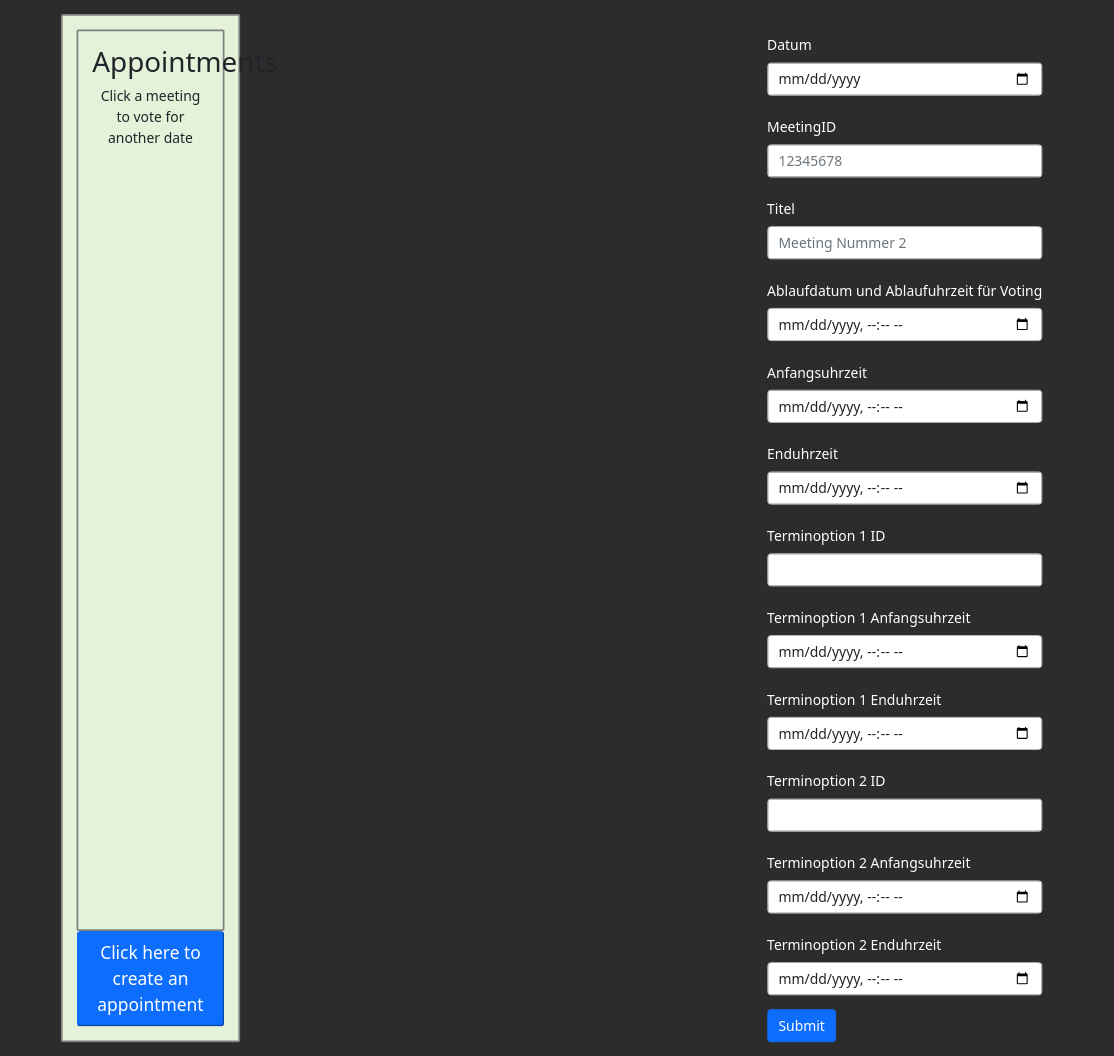
Repository: wlichon/Semesterprojekt
Page: index.html
An editor plug-in stored every save of this project. The page is shown before and after the next save, followed by the edit.
The browser window is 1280 px wide. The pictures show the whole page, at 87% of full size.
The page's requests for data from a server got no answer. Some web libraries are served in a nearby version.

Above is the page before, as saved 2022-04-27 23:48:41.

### index.html
<!DOCTYPE html>
<html lang="en">
<head>
    <link href="https://cdn.jsdelivr.net/npm/bootstrap@5.1.3/dist/css/bootstrap.min.css" rel="stylesheet" integrity="sha384-1BmE4kWBq78iYhFldvKuhfTAU6auU8tT94WrHftjDbrCEXSU1oBoqyl2QvZ6jIW3" crossorigin="anonymous">
    <link rel="stylesheet" href="https://cdn.jsdelivr.net/npm/bootstrap-icons@1.8.1/font/bootstrap-icons.css">
    <script
    src="https://code.jquery.com/jquery-3.6.0.min.js"
    integrity="sha256-/xUj+3OJU5yExlq6GSYGSHk7tPXikynS7ogEvDej/m4="
    crossorigin="anonymous"></script>
    <script src="https://cdnjs.cloudflare.com/ajax/libs/jqueryui/1.12.1/jquery-ui.min.js" integrity="sha512-uto9mlQzrs59VwILcLiRYeLKPPbS/bT71da/OEBYEwcdNUk8jYIy+D176RYoop1Da+f9mvkYrmj5MCLZWEtQuA==" crossorigin="anonymous" referrerpolicy="no-referrer"></script>
    <meta charset="UTF-8">
    <meta http-equiv="X-UA-Compatible" content="IE=edge">
    <meta name="viewport" content="width=device-width, initial-scale=1.0">
    <link rel="stylesheet" href="frontend/css/mystyle.css">
    <script src="frontend/script/script.js" defer></script>
    <title>Appointment Finder</title>
</head>
<body class="d-flex justify-content-center">
    <div class="container m-3 d-flex justify-content-center">
        <div class="events row flex-grow-1" id="events">
            <div class="col-md-3 d-flex justify-content-between" style="flex-direction: column">

                <div class="col">
                    <h2 class="align-self-center">Appointments</h2>
                    <p class="">Click a meeting to vote for another date</p>
                </div>
                <button class = "btn-primary btn-lg" id = "createappointment"> Click here to create an appointment</button>


                </div>
             </div>

             <form id = "checkboxnamecomment">
            <div class="appointments row flex-grow-1" id="appointments">
                <div class="col-md d-flex justify-content-between" style="flex-direction: column">
                    <div class="row h-80">
                        <div class="col">
                           <h2 class="align-self-center">Options</h2>
                        </div>
                    </div>
                    <!--
                    <div class="row inputs h-20 align-self-bottom">
                        <div class="col-md">
                            <i class="bi bi-person-circle m-1"></i><input type="text" placeholder="Name" name = "personname" id = "personname" >
                        </div>
                    </div>
                    -->
                </div>
            </form>
            <h2> Kommentare: </h2>
        </div>


        <form id = "createappointmentform" >
            <div class="form-group">
              <label for="date" class ="text-white mt-4 mb-2">Datum</label>
              <input type="date" class="form-control" name="date" id="date" required>
            </div>
            <div class="form-group">
                <label for="meetingid" class ="text-white mt-4 mb-2">MeetingID</label>
                <input type="number" class="form-control" name="meetingid" id="meetingid" placeholder="12345678" required>
            </div>
            <div class="form-group">
                <label for="title" class ="text-white mt-4 mb-2">Titel</label>
                <input type="text" class="form-control" name="title" id="title" placeholder="Meeting Nummer 2" required>
            </div>
              <div class="form-group">
                <label for="votingExpirationDate" class ="text-white mt-4 mb-2">Ablaufdatum und Ablaufuhrzeit für Voting</label>
                <input type="datetime-local" class="form-control" name="votingExpirationDate" id="votingExpirationDate"  required>
            </div>
              <div class="form-group">
                <label for="begin" class ="text-white mt-4 mb-2">Anfangsuhrzeit</label>
                <input type="datetime-local" class="form-control" name="begin" id="begin" required>
            </div>
              <div class="form-group">
                <label for="end" class ="text-white mt-4 mb-2">Enduhrzeit</label>
                <input type="datetime-local" class="form-control" name="end" id="end"  required>
            </div>
            <div class="form-group">
                <label for="terminoption1id" class ="text-white mt-4 mb-2">Terminoption 1 ID</label>
                <input type="number" class="form-control" name="terminoption1id" id="terminoption1id"  required>
            </div>
            <div class="form-group">
                <label for="terminoption1begin" class ="text-white mt-4 mb-2">Terminoption 1 Anfangsuhrzeit</label>
                <input type="datetime-local" class="form-control" name="terminoption1begin" id="terminoption1begin"  required>
            </div>
            <div class="form-group">
                <label for="terminoption1end" class ="text-white mt-4 mb-2">Terminoption 1 Enduhrzeit</label>
                <input type="datetime-local" class="form-control" name="terminoption1end" id="terminoption1end"  required>
            </div>
            <div class="form-group">
                <label for="terminoption2id" class ="text-white mt-4 mb-2">Terminoption 2 ID</label>
                <input type="number" class="form-control" name="terminoption2id" id="terminoption2id"  required>
            </div>
            <div class="form-group">
                <label for="terminoption2begin" class ="text-white mt-4 mb-2">Terminoption 2 Anfangsuhrzeit</label>
                <input type="datetime-local" class="form-control" name="terminoption2begin" id="terminoption2begin"  required>
            </div>
            <div class="form-group">
                <label for="terminoption2end" class ="text-white mt-4 mb-2">Terminoption 2 Enduhrzeit</label>
                <input type="datetime-local" class="form-control" name="terminoption2end" id="terminoption2end"  required>
            </div>
            <button name = "submit" type="submit" class="btn btn-primary mt-3">Submit</button>
          </form>
            </div>


    <script src="https://cdn.jsdelivr.net/npm/bootstrap@5.1.3/dist/js/bootstrap.bundle.min.js" integrity="sha384-ka7Sk0Gln4gmtz2MlQnikT1wXgYsOg+OMhuP+IlRH9sENBO0LRn5q+8nbTov4+1p" crossorigin="anonymous"></script>
</body>
</html>

### frontend/css/mystyle.css
[class*="col"]{
    text-align:center;
    border: 2px solid grey;
    padding: 1rem;
    border-radius: 2px;
    background-color:rgb(228, 242, 217);
}

.bi-person-circle{
    font-size: 1.5rem;
}

.inputs > div{
    background-color: rgb(89, 209, 61);
}

body{
    background-color:rgb(45, 44, 44);
}

.wrapper{
    border-radius: 5px;
    border: none;
    background-color: lightcyan;
}

.container{
    border-radius: 5px;
}

#lslide{
    background-color:blue;
    border-radius:10px;
}

.event{
    cursor: pointer;
}

.event:hover{
    background-color:blue;
}

.noevent:hover{
    pointer-events: none;
}

.bi-backspace-fill:hover{
    cursor:pointer;
    background-color: red;
}

### frontend/script/script.js
"use strict";
var months = ["Jan", "Feb", "Mar", "Apr", "May", "Jun", "Jul", "Aug", "Sep", "Oct", "Nov", "Dec"];
var days = ["Mon", "Tue", "Wed", "Thu", "Fri", "Sat", "Sun"];
var slidebutton = "<div class='btn btn-primary col-auto p-1' id='lslide'><i class='bi bi-chevron-left'></i></div>";
var commentbar = "<div class='row mt-5 comment'><div class='input-group input-group-lg'><span class='input-group-text' id='inputGroup-sizing-lg'>Comment</span><input type='text' class='form-control' aria-label='Sizing example input' aria-describedby='inputGroup-sizing-lg'><button class='btn btn-outline-secondary bg-primary text-white' type='button' id='submit'>Submit</button></div></div>";
$(function () {
    $("#appointments").hide();
    $("#events").hide();
    $.ajax({
        type: "GET",
        url: "backend/serviceHandler.php",
        cache: false,
        data: { function: "loadAppointments" },
        dataType: "json",
        success: function (response) {
            // bei sucess liefert loadAppointments ein Array mit den ganzen Appointments in dem Format:
            //  Appointment("25-06-2027", "Meeting4", "22-05-2025 19:30:00", "18:00", "18:30", [2, 3]) also:
            // Appointment("Tag-Monat-Jahr", "MeetingNummer", "ExpirationDate", "UhrzeitBeginn", "Uhrzeitende", "OptionsID");
            // Appointment ($date,$title,$votingExpirationDate,$begin,$end,$optionIDs)3222
            console.log("success");
            $.each(response, function (i, val) {
                var counter = 1;
                var date = new Date(val["date"]["date"]);
                var month = months[date.getMonth()];
                var day = days[date.getDay()];
                var dayOfMonth = date.getDate();
                var year = date.getFullYear();
                var expiration = val["votingExpirationDate"]["date"].substr(0, 19);
                var begin = val["begin"]["date"].substr(11).substr(0, 8);
                var end = val["end"]["date"].substr(11).substr(0, 8);
                var id = val["optionIDs"];
                $("#events").append("<div class='col-md-2 event' id =" + counter + " + data=" + id + ">" +
                    "<div class='col wrapper'>" +
                    "<h2>" + val["title"] + "</h2>" +
                    "<h4>" + month + "</h4>" +
                    "<h3>" + dayOfMonth + "</h3>" +
                    "<p>" + day + "</p>" +
                    "<p>Begins: " + begin + "</p>" +
                    "<p>Ends: " + end + "</p>" +
                    "<h6><p>Voting ends:</p>" +
                    "<p>" + expiration + "</p></h6>" +
                    "</div> </div>");
                var isexpired = new Date(expiration);
                var today = new Date();
                if (isexpired <= today) {
                    $("#" + counter).append("<h5 class = 'mt-3' > abgelaufen! </h5>");
                    $("#" + counter).attr("class", "col-md-2 noevent");
                }
                counter++;
            });
        },
        complete: function () {
            $(".event").on('click', function (e) {
                var self = e.currentTarget; // Element was das Klick getriggert hat
                $("#events").hide("slide", { direction: "left" }, 1000, function () {
                    console.log(self);
                    var optionIDs_string = self.getAttribute("data");
                    var optionIDs = Array.from(optionIDs_string.split(","));
                    console.log(optionIDs);
                    $.ajax({
                        type: "GET",
                        url: "backend/serviceHandler.php",
                        cache: false,
                        data: { function: "loadOptions", param: optionIDs },
                        dataType: "json",
                        success: function (response) {
                            console.log("success");
                            console.log(response);
                            $.each(response, function (i, val) {
                                var date = new Date(val["date"]["date"]);
                                console.log("loop");
                                var month = months[date.getMonth()];
                                var day = days[date.getDay()];
                                var dayOfMonth = date.getDate();
                                var year = date.getFullYear();
                                var begin = val["begin"]["date"].substr(11).substr(0, 8);
                                var end = val["end"]["date"].substr(11).substr(0, 8);
                                $("#appointments").append("<div class='col-md'>" +
                                    "<div class='col-md event'>" +
                                    "<div class='col wrapper'>" +
                                    "<h4>" + month + "</h4>" +
                                    "<h3>" + dayOfMonth + "</h3>" +
                                    "<p>" + day + "</p>" +
                                    "<p>Begins: " + begin + "</p>" +
                                    "<p>Ends: " + end + "</p>" +
                                    "</div></div>" +
                                    "<div class='row inputs h-20'>" +
                                    "<div class='col-md'><input class='form-check-input' type='checkbox' value=''></div></div></div>");
                            });
                            $("#appointments").append(slidebutton + commentbar);
                            $("#lslide").on('click', slidebar);
                        },
                        error: function (response) {
                            console.log("failure");
                        }
                    }),
                        setTimeout(function () { return $("#appointments").show("slide", 1000); }, 100);
                });
            });
            $("#events").show("slide", 1000);
        },
        error: function (e) {
            console.log("failure");
        }
    });
    console.log("hi");
    $("#submit").on('click', function () {
        console.log($("#test").prop("checked"));
    });
});
var optionNameInput = '<div class="col-md d-flex justify-content-between" style="flex-direction: column">' +
    '<div class="row h-80">' +
    '<div class="col">' +
    '<h2 class="align-self-center">Options</h2>' +
    '</div>' +
    '</div>' +
    '<div class="row inputs h-20 align-self-bottom">' +
    '<div class="col-md">' +
    '<i class="bi bi-person-circle m-1"></i><input type="text" placeholder="Name">' +
    '</div>' +
    '</div>' +
    '</div>';
function slidebar() {
    $("#appointments").hide("slide", { direction: "left" }, 1000, function () {
        $("#appointments").empty().append(optionNameInput);
        $("#events").show("slide", 1000);
    });
}

After the next save:
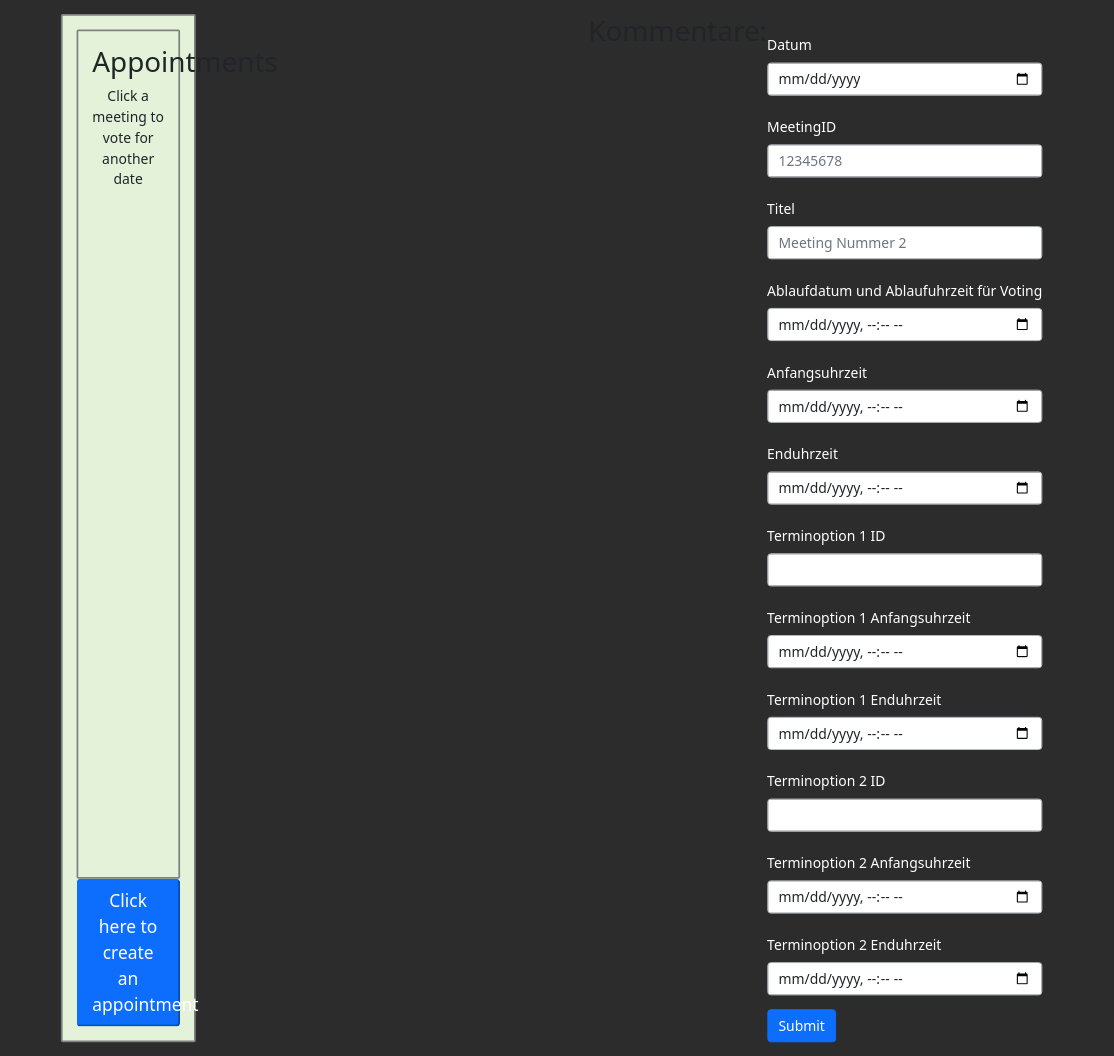
Saved 16 s later.
--- a/index.html
+++ b/index.html
@@ -47,8 +47,8 @@
                     -->
                 </div>
             </form>
-            <h2> Kommentare: </h2>
         </div>
+        <h2> Kommentare: </h2>
 
 
         <form id = "createappointmentform" >
